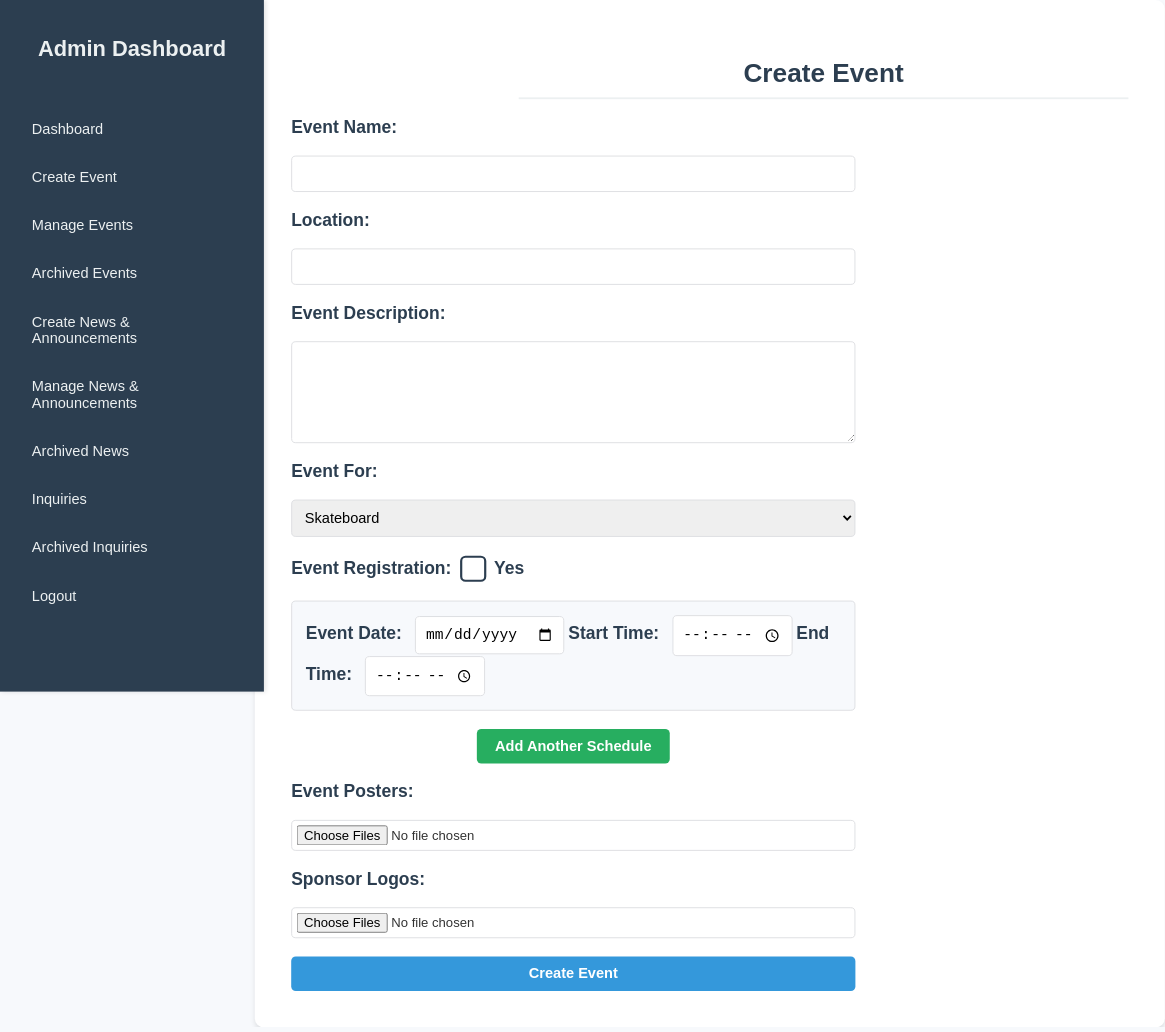
Repository: KharonKade/Capstone
Page: http://localhost/admin.html
These files come from the project's save history. The page is drawn as it stood at one moment and after the next save; the edit follows.
The browser window is 1280 px wide. The pictures show the whole page, at 91% of full size.
The page is run by PHP 8.4 with error messages shown; the project is at /var/www/html/.

Above is the page before, as saved 2025-04-01 13:04:56.

After the next save:
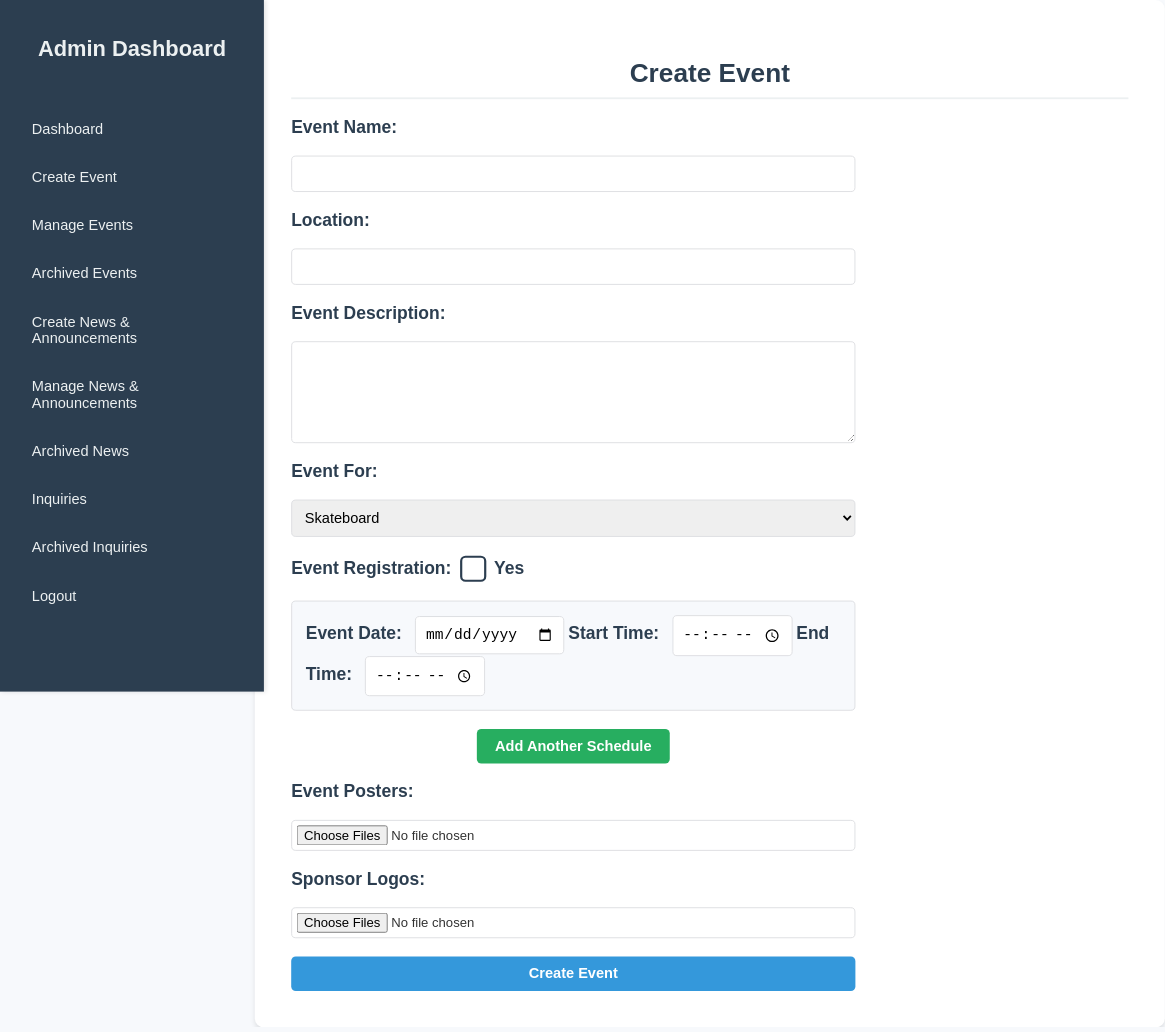
Saved 107 s later.
--- a/Css/admin.css
+++ b/Css/admin.css
@@ -74,7 +74,6 @@ body {
     text-align: center;
     border-bottom: 2px solid #ecf0f1;
     padding-bottom: 10px;
-    margin-left: 250px;
 }
 
 form {
